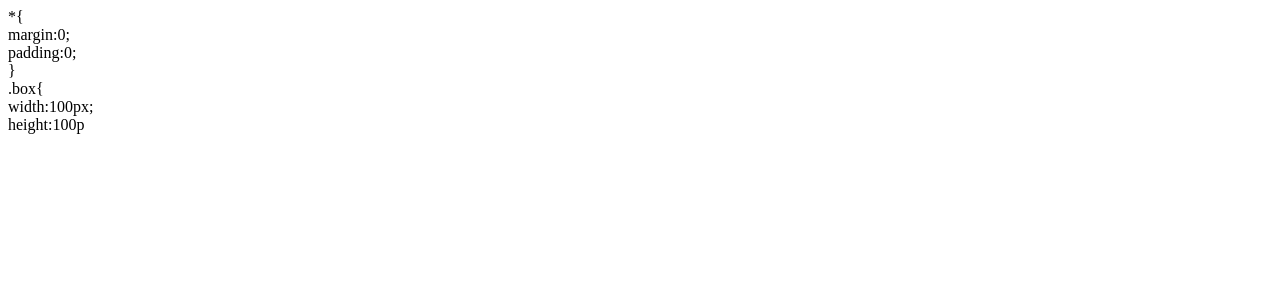
Repository: ScarApocalypse/study
Page: 一些想法/test.html
These files come from the project's save history. The page is drawn as it stood at one moment and after the next save; the edit follows.
The browser window is 1280 px wide. The pictures show the whole page.

Above is the page before, as saved 2019-08-02 00:32:16.

After the next save:
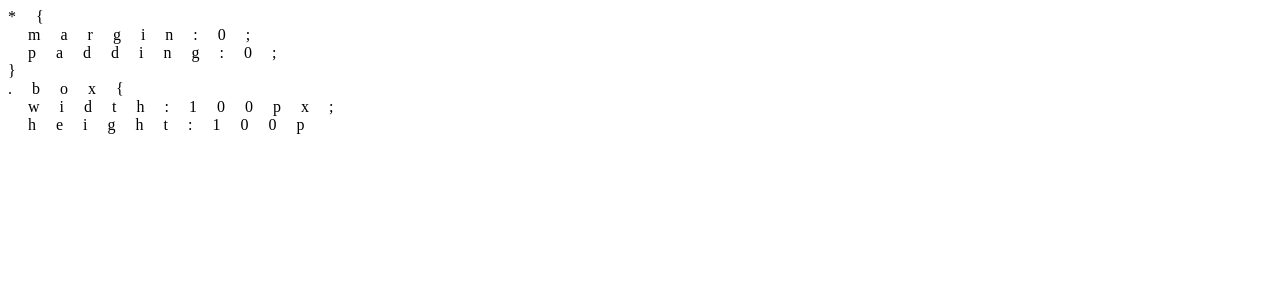
Saved 94 s later.
--- a/一些想法/test.html
+++ b/一些想法/test.html
@@ -36,6 +36,10 @@
             if(reg.test(str[strIndex])){
                 showStr+='<br>';
             }
+            if(str[strIndex+1]!='}'&&str[strIndex+1]!='.')
+            {
+                showStr+='&nbsp;&nbsp;&nbsp;&nbsp;&nbsp;'
+            }
             console.log(showStr);
             show.innerHTML=showStr;
 
